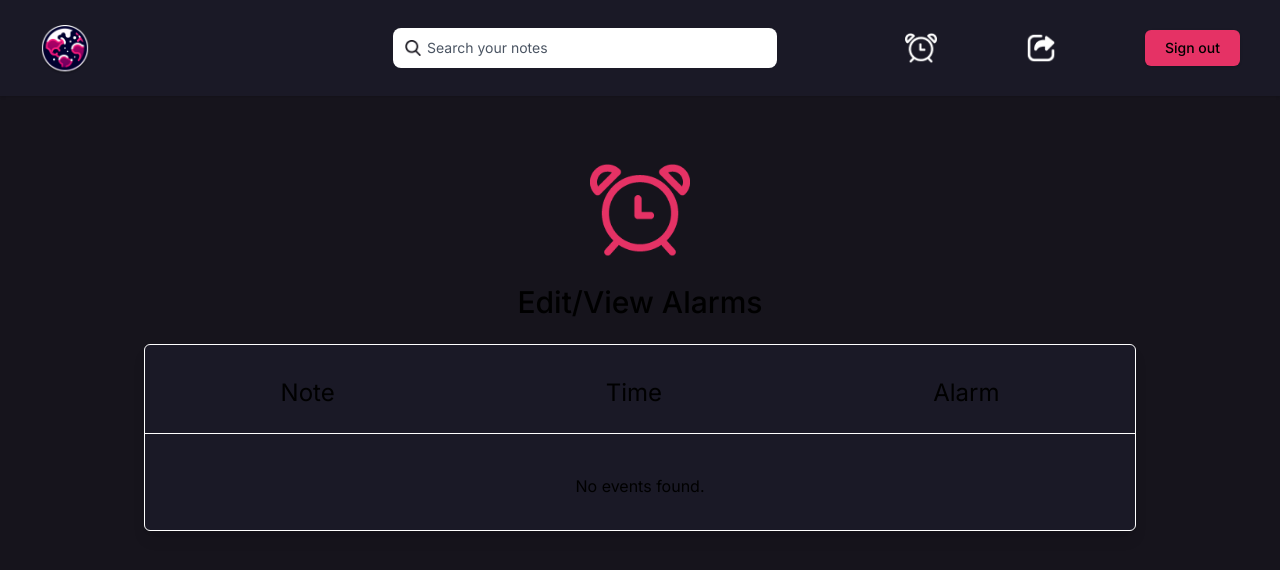
Repository: plan-it-earth/plan-it-earth
Page: /pages/alarm
The author's editor kept a copy of each file at every save. The page is drawn from the files as they stood at one save, then again after a run of saves.
The browser window is 1280 px wide. The pictures show the whole page.
The project was rebuilt for these pictures with package versions that can differ from the ones it lists, and the page was loaded fresh each time. The framework's server and built-in components were replaced by stand-ins that run in the browser. Also part of the build but not shown: next.config.mjs, app/lib/Hooks/dbActions.js, app/Components/AlarmRow.tsx.

Above is the page before, as saved 2024-04-18 20:28:30.

### app/layout.tsx
import type { Metadata } from "next";
import { Inter } from "next/font/google";
import "./globals.css";

import { AuthProvider } from "./lib/firebase/AuthProvider";

const inter = Inter({ subsets: ["latin"] });

export const metadata: Metadata = {
  title: "Plan-It-Earth",
  description: "Plan-It-Earth is a calendar application for professors and students",
};

export default function RootLayout({
  children,
}: Readonly<{
  children: React.ReactNode;
}>) {
  return (
    <html lang="en" className="bg-[#16141C]">
      <AuthProvider>
        <body className={inter.className}>{children}</body>
      </AuthProvider>
    </html>
  );
}

### app/pages/alarm/page.jsx
'use client';
import { useRouter } from 'next/navigation';
import React, { useState, useEffect } from 'react';
import { onAuthStateChanged } from 'firebase/auth';
import { auth } from '../../../firebaseConfig';
import Header from '../../Components/Header';
import alarm from '../../Images/alarmLogo.png';
import Image from 'next/image';
import FullCalendar from '@fullcalendar/react';
import dayGridPlugin from '@fullcalendar/daygrid';
import { useCalendarApi } from '../../lib/Context/CalendarProvider';
import AlarmRow from '../../Components/AlarmRow';

export default function Alarm() {
    const router = useRouter();
    const { calendarApi } = useCalendarApi();
    const [events, setEvents] = useState([]);


    useEffect(() => {
        if (calendarApi) {
            const loadEvents = () => {
                const eventsArray = calendarApi.getEvents();
                const filteredEvents = eventsArray.filter((event) => event.extendedProps.alarm >= 0);
                setEvents(filteredEvents);
            };
            loadEvents();
        }
    }, [calendarApi]);

    const formatDate = (date) => {
        const d = new Date(date);
        const options = {
            year: 'numeric', month: '2-digit', day: '2-digit',
            hour: '2-digit', minute: '2-digit', hour12: true,
        };
        return d.toLocaleString('en-US', options).replace(',', ' @');
    }


    return (
        <div className="bg-[#16141C] h-lvh justify-center">
            <Header />
            <div className="flex justify-center mt-16">
                <Image src={alarm} alt="Alarm" height={100} width={100} />
            </div>
            <div className="flex w-full justify-center">
                <h2 className="font-medium text-3xl mt-6">Edit/View Alarms</h2>
            </div>
            <div className="flex flex-col mx-2 sm:mx-36 md:mx-36 lg:mx-36 py-8 bg-[#1A1926] mt-6 border shadow-lg border-white rounded-md">
                <div className="flex flex-row w-full pb-6 text-xl sm:text-2xl font-normal justify-around border-b border-b-1 border-white">
                    <h1>Note</h1>
                    <h1>Time</h1>
                    <h1>Alarm</h1>
                </div>
                <div className="flex flex-col w-full gap-6 mt-6">
                    {events.length > 0 ? (
                        <div className="flex flex-col gap-6">
                            {events.map(event => (
                                <AlarmRow key={event.id} title={event.title} time={formatDate(event.start)} alarm={event.extendedProps.alarm} id={event.id} />
                            ))}
                        </div>
                    ) : (
                        <p className="text-center mt-4">No events found.</p>
                    )}
                </div>
            </div>
        </div>
    );
}

### app/globals.css
@tailwind base;
@tailwind components;
@tailwind utilities;

:root {
  --foreground-rgb: 0, 0, 0;
  --background-start-rgb: 214, 219, 220;
  --background-end-rgb: 255, 255, 255;
}

@media (prefers-color-scheme: dark) {
  :root {
    --foreground-rgb: 255, 255, 255;
    --background-start-rgb: 0, 0, 0;
    --background-end-rgb: 0, 0, 0;
  }
}

body {
  color: rgb(var(--foreground-rgb));
  background: linear-gradient(
      to bottom,
      transparent,
      rgb(var(--background-end-rgb))
    )
    rgb(var(--background-start-rgb));
}

@layer utilities {
  .text-balance {
    text-wrap: balance;
  }
}

.buttonexportpage:hover {
  background-color: #E53265;
}

### app/lib/firebase/AuthProvider.tsx
'use client'

import React, { useState, useEffect } from 'react';
import { onAuthStateChanged, User as firebaseUser } from 'firebase/auth';
import { auth, db } from '../../../firebaseConfig';
import { doc, onSnapshot } from 'firebase/firestore';
import UserContext from './UserContext';
import { CalendarProvider } from '../Context/CalendarProvider';

export interface UserData {
    email: string;
    uid: string;
    events: "";
}

export interface AuthState {
    userData: UserData | null;
}

interface AuthProviderProps {
    children: React.ReactNode;
}

export const AuthProvider = ({ children }: AuthProviderProps) => {
    const [userData, setUserData] = useState<AuthState>({ userData: null});

    useEffect(() => {
        const unsubscribe = onAuthStateChanged(auth, async (user: firebaseUser | null) => {
            try {
                // If user is logged in, get user data from firestore
                if (user) {
                    const uid = user.uid;
                    const userRef = doc(db, 'users', uid);
                    const unsubscribeUser = onSnapshot(userRef, (doc) => {
                        const userData = doc.exists() ? {...doc.data(), uid} as UserData : null;
                        setUserData({ userData });
                    });
                    return () => unsubscribeUser();
                } else {
                    setUserData({ userData: null });
                    return () => {};
                }
            } catch (error) {
                console.log("Error getting user data: ", error);
            }
        });
        return () => unsubscribe();
    }, []);
    return (
        <UserContext.Provider value={userData}>
            <CalendarProvider>
                {children}
            </CalendarProvider>
        </UserContext.Provider>
    )
}

### firebaseConfig.ts
// Import firebase modules
import 'firebase/firestore';
import 'firebase/auth';
import 'firebase/storage';
// Import the functions you need from the SDKs you need
import { initializeApp } from "firebase/app";
import { getFirestore } from 'firebase/firestore';
import { getAuth } from 'firebase/auth';
import { getStorage } from 'firebase/storage';
// TODO: Add SDKs for Firebase products that you want to use
// https://firebase.google.com/docs/web/setup#available-libraries

// Your web app's Firebase configuration
// For Firebase JS SDK v7.20.0 and later, measurementId is optional
const firebaseConfig = {
  apiKey: "AIzaSyBZBzlYp8KR-bJDEJVVbYroSMxS-GXYmR8",
  authDomain: "plan-it-earth-94b85.firebaseapp.com",
  projectId: "plan-it-earth-94b85",
  storageBucket: "plan-it-earth-94b85.appspot.com",
  messagingSenderId: "97255809349",
  appId: "1:97255809349:web:8b9f6ed7ba990714221e2c",
  measurementId: "G-WXFLGQPQ1S"
};

// Initialize Firebase
const app = initializeApp(firebaseConfig);
export const db = getFirestore(app);
export const auth = getAuth(app);
export const storage = getStorage(app);

### app/Components/Header.tsx
'use client';
import React, { useState, useEffect } from 'react';
import ReactDOM from 'react-dom';
import Image from 'next/image';
import { useRouter } from 'next/navigation';

import Search from './Search';

import logo from '../Images/headerlogo.png';
import alarm from '../Images/headeralarm.png';
import share from '../Images/headershare.png';

import { getAuth, signOut } from "firebase/auth";

function logOut() {
    const auth = getAuth();
    signOut(auth).then(() => {
        console.log("User signed out");
    }).catch((error) => {
        console.log("Error signing out: ", error);
    });

    console.log("Sign out clicked");
    location.href = "/";
}

export default function Header() {
    const router = useRouter();

    const routeToAlarm = () => {
        router.push('/pages/alarm')
    }

    const routeToExportOrShare = () => {
        router.push('/pages/exportorshare')
    }

    const routeToCalendar = () => {
        router.push('/pages/calendar')
    }

    return (
        <div className="flex h-24 w-full px-2 py-5 bg-[#1A1926] shadow justify-around md:px-10">
            <div className="flex flex-row h-full items-center space-x-2 md:gap-20">
                <Image onClick={routeToCalendar} src={logo} alt="Plan-It-Earth" height={50} width={50} className="h-30 w-30 mt-1 cursor-pointer hover:opacity-85 md:h-35 md:h-35"/>
                <div className="hidden sm:w-50 sm:block md:block lg:block"></div>
                <div className="hidden sm:w-50 sm:block"></div>
            </div>
            {/*<div className="hidden w-24 lg:block"></div>*/}
            <Search />
            <div className="flex flex-row h-full items-center space-x-2 md:gap-20">
                <Image onClick={routeToAlarm} src={alarm} alt="Alarm" height={35} width={35} className="h-8 w-8 cursor-pointer hover:opacity-85"/>
                <Image onClick={routeToExportOrShare} src={share} alt="Share" height={35} width={35} className="h-8 w-8 cursor-pointer hover:opacity-85"/>
                <button onClick={() => logOut()} className="px-3 py-2 rounded-md text-xs font-medium bg-[#E53265] outline-none border-none shadow hover:brightness-110 md:px-5 md:py-2 md:text-sm">Sign out</button>
            </div>
        </div>
    )
}

### app/lib/Context/CalendarProvider.tsx
import React, { createContext, useContext, useState, ReactNode, RefObject } from 'react';

interface CalendarProviderProps {
    children: ReactNode;
}

interface CalendarContextType {
    calendarApi: any;
    setCalendarApi: (api: any) => void;
}

const CalendarContext = createContext<CalendarContextType | null>(null);

export const CalendarProvider: React.FC<CalendarProviderProps> = ({ children }) => {
    const [calendarApi, setCalendarApi] = useState<any>(null);

    return (
        <CalendarContext.Provider value={{ calendarApi, setCalendarApi }}>
            {children}
        </CalendarContext.Provider>
    );
};

export const useCalendarApi = () => {
    const context = useContext(CalendarContext);
    if (context === null) {
        throw new Error('useCalendarRef must be used within a CalendarProvider');
    }
    return context;
};

### app/lib/firebase/UserContext.tsx
import { createContext } from "react";
import { AuthState } from './AuthProvider';

const UserContext = createContext<AuthState>({ userData: null });

export default UserContext;

### app/Components/Search.tsx
'use client';
import React, { useState } from 'react';
import Image from 'next/image';
import { useRouter} from 'next/navigation';

import search from '../Images/search.png';

export default function Search() {
    const [searchInput, setSearchInput] = useState('');
    const router = useRouter();

    const handleSubmit = (event:any) => {
        event.preventDefault();
        router.push(`/pages/search?search=${encodeURIComponent(searchInput)}`);
    };

    const handleInputChange = (event:any) => {
        setSearchInput(event.target.value);
    };

    return (
        <form onSubmit={handleSubmit} className="flex flex-row mx-auto h-10 w-36 items-center gap-2 self-center bg-[#fff] rounded-lg md:w-96 sm:w-80">
            <button type="submit" className="border-none bg-none">
                <Image src={search} alt='Search' height={18} width={18} className="h-4 w-4 ml-2 cursor-pointer md:ml-3"/>
            </button>
            <input onChange={handleInputChange} type='text' placeholder="Search your notes" className="w-full text-black placeholder-gray-600 text-xs outline-none border-none md:text-sm"/>
        </form>
    )
}

Loaded but not shown: tailwind.config.ts (common file)

After the next 2 saves:
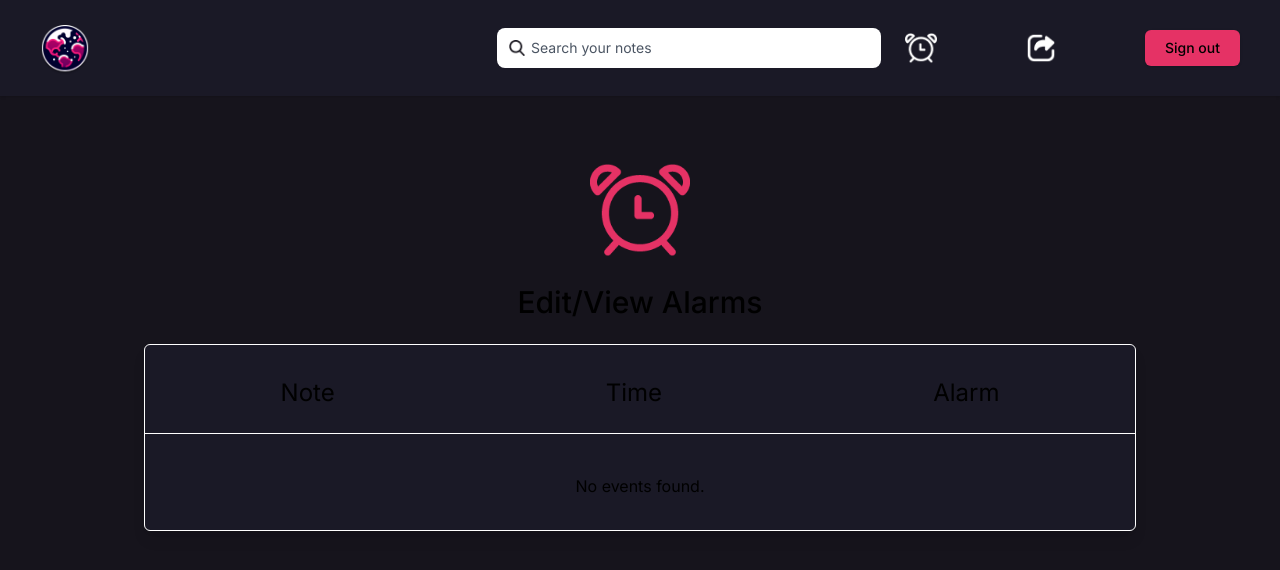
The 2 saves are shown as one change because they came seconds apart.
The last was saved 7 s later.
--- a/app/Components/Header.tsx
+++ b/app/Components/Header.tsx
@@ -43,7 +43,7 @@ export default function Header() {
         <div className="flex h-24 w-full px-2 py-5 bg-[#1A1926] shadow justify-around md:px-10">
             <div className="flex flex-row h-full items-center space-x-2 md:gap-20">
                 <Image onClick={routeToCalendar} src={logo} alt="Plan-It-Earth" height={50} width={50} className="h-30 w-30 mt-1 cursor-pointer hover:opacity-85 md:h-35 md:h-35"/>
-                <div className="hidden sm:w-50 sm:block md:block lg:block"></div>
+                <div className="hidden sm:w-52 sm:block"></div>
                 <div className="hidden sm:w-50 sm:block"></div>
             </div>
             {/*<div className="hidden w-24 lg:block"></div>*/}
